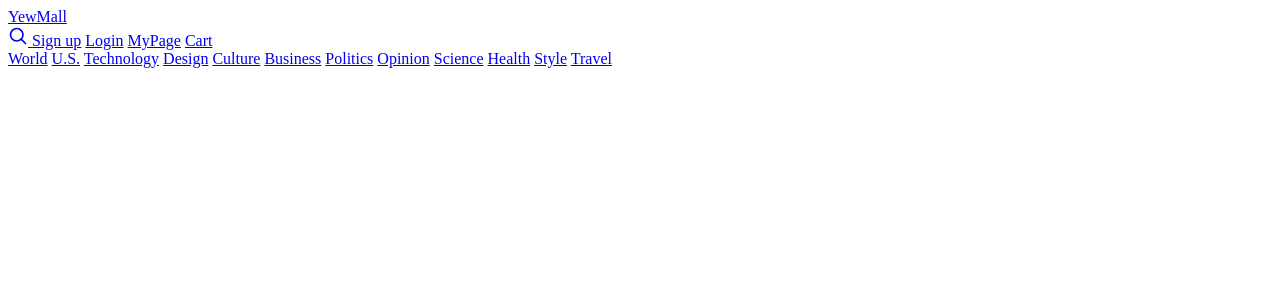
Repository: nunnunhap/Portfolio_YewMall
Page: http://localhost/layout/comm/header
The author's editor kept a copy of each file at every save. The page is drawn from the files as they stood at one save, then again after the next save.
The browser window is 1280 px wide. The pictures show the whole page.
The page is this project's Thymeleaf template; nobody is signed in. The template is opened directly, without the code that normally fills it, so the values that code supplies are empty.

Above is the page before, as saved 2024-06-17 11:28:22.

After the next save:
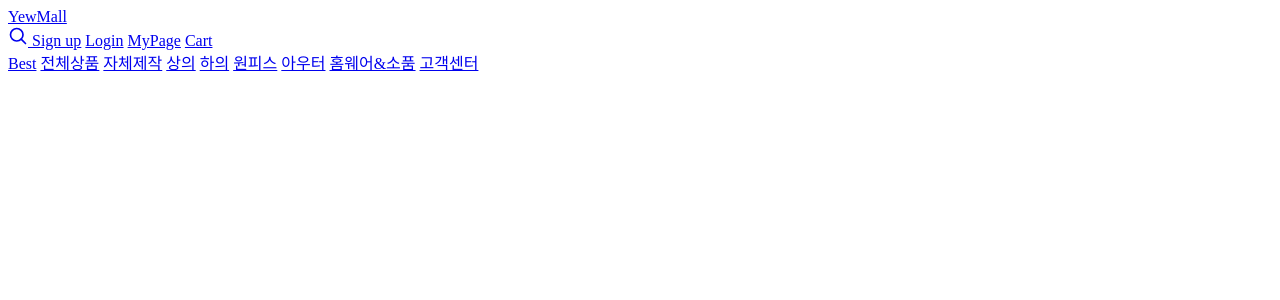
Saved 3 min 20 s later.
--- a/yewmall/src/main/resources/templates/layout/comm/header.html
+++ b/yewmall/src/main/resources/templates/layout/comm/header.html
@@ -26,18 +26,15 @@
 
   <div class="nav-scroller py-1 mb-2">
     <nav class="nav d-flex justify-content-between">
-      <a class="p-2 text-muted" href="#">World</a>
-      <a class="p-2 text-muted" href="#">U.S.</a>
-      <a class="p-2 text-muted" href="#">Technology</a>
-      <a class="p-2 text-muted" href="#">Design</a>
-      <a class="p-2 text-muted" href="#">Culture</a>
-      <a class="p-2 text-muted" href="#">Business</a>
-      <a class="p-2 text-muted" href="#">Politics</a>
-      <a class="p-2 text-muted" href="#">Opinion</a>
-      <a class="p-2 text-muted" href="#">Science</a>
-      <a class="p-2 text-muted" href="#">Health</a>
-      <a class="p-2 text-muted" href="#">Style</a>
-      <a class="p-2 text-muted" href="#">Travel</a>
+      <a class="p-2 text-muted" href="#">Best</a>
+      <a class="p-2 text-muted" href="#">전체상품</a>
+      <a class="p-2 text-muted" href="#">자체제작</a>
+      <a class="p-2 text-muted" href="#">상의</a>
+      <a class="p-2 text-muted" href="#">하의</a>
+      <a class="p-2 text-muted" href="#">원피스</a>
+      <a class="p-2 text-muted" href="#">아우터</a>
+      <a class="p-2 text-muted" href="#">홈웨어&소품</a>
+      <a class="p-2 text-muted" href="#">고객센터</a>
     </nav>
   </div>
 
